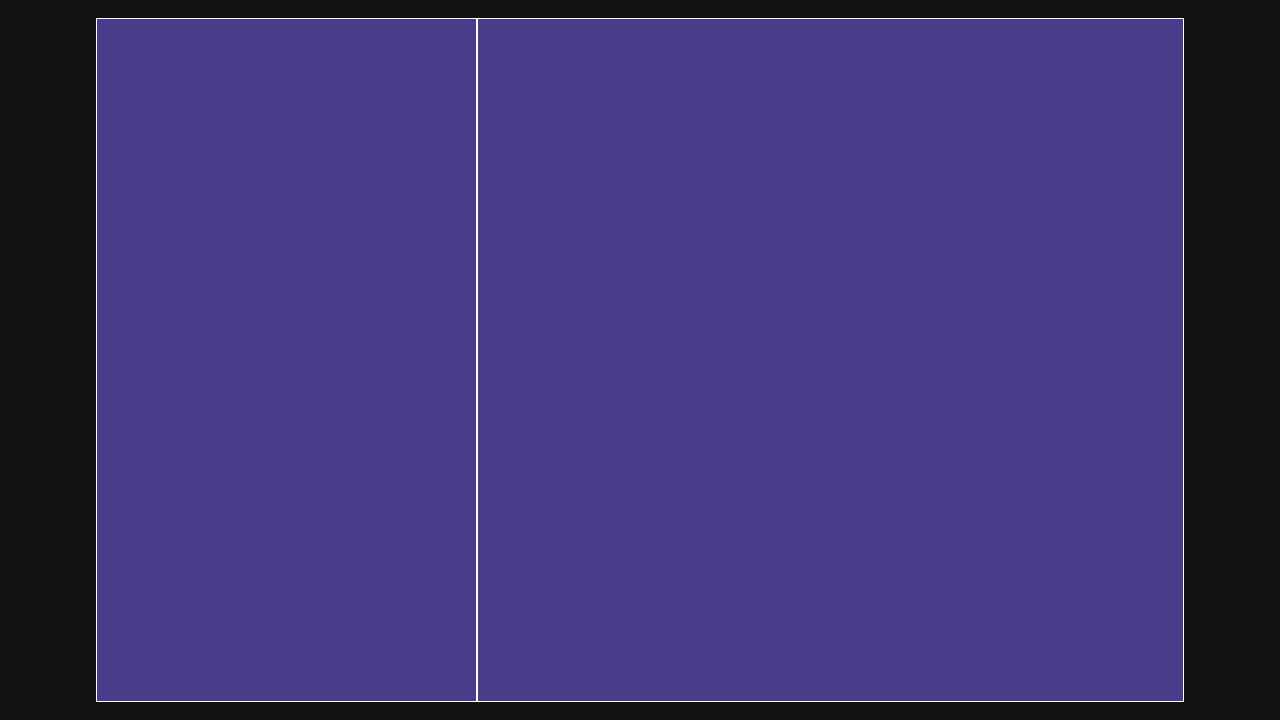
Repository: trang712/zing-mp3
Page: login.html
These files come from the project's save history. The page is drawn as it stood at one moment and after a run of saves; the edit follows.
The browser window is 1280 px wide. The pictures show the whole page.

Above is the page before, as saved 2022-11-13 15:08:42.

### login.html
<!DOCTYPE html>
<html lang="en">
<head>
    <meta charset="UTF-8">
    <meta http-equiv="X-UA-Compatible" content="IE=edge">
    <meta name="viewport" content="width=device-width, initial-scale=1.0">
    <title>Zing mp3 Login</title>
    <link rel="preconnect" href="https://fonts.gstatic.com" />
    <link
      href="https://fonts.googleapis.com/css2?family=Poppins:wght@400;600&display=swap"
      rel="stylesheet"
    />
    <link
      rel="stylesheet"
      href="https://cdnjs.cloudflare.com/ajax/libs/font-awesome/4.7.0/css/font-awesome.min.css"
      integrity="sha512-SfTiTlX6kk+qitfevl/7LibUOeJWlt9rbyDn92a1DqWOw9vWG2MFoays0sgObmWazO5BQPiFucnnEAjpAB+/Sw=="
      crossorigin="anonymous"
    />
    <link rel="stylesheet" href="./style.css"
        rel="stylesheet"
        type="text/css"
        href="https://cdn.jsdelivr.net/npm/slick-carousel@1.8.1/slick/slick.css"
      />
<body>
    <header>
        <div class="left_bx1"></div>
        <div class="right_bx1"></div>
    </header>
</body>
</html>

### style.css
html {
    box-sizing: border-box;
  }
  * {
    margin: 0;
    padding: 0;
  }
  *,
  *:before,
  *:after {
    box-sizing: border-box;
  }
  input,
  textarea,
  select,
  button {
    outline: none;
  }
  input {
    line-height: normal;
  }
  label,
  button {
    cursor: pointer;
  }
  a {
    text-decoration: none;
  }
  img {
    display: block;
    max-width: 100%;
  }
  *,
  *:before,
  *:after {
    box-sizing: border-box;
  }
  body {
    font-family: "Poppins", sans-serif;
    width: 100%;
    height: 100vh;
    /* font-size: 16px; */
    /* align-items: center; */
    /* justify-content: center; */
    background: #121213;
    display: grid;
    place-items: center;
  }
  :root{
    --background: #36e2ec;
    --background-sidebar: #483D8B;
    --background-color: #663399;
    --box-shadow: #333399;
    --color: #333366;
    --primary-text: #A9A9A9;
    --border-color: #fff;
    --hover-color: white
  }
  header{
    position: relative;
    width: 85%;
    height: 95%;
    /* border: 1px solid var(--border-color); */
    display: flex;
    flex-wrap: wrap;
    overflow: hidden;
  }
  header .menu_side, .song_side{
    width: 25%;
    height: 90%;
    /* border: 1px solid var(--border-color); */
    background: var(--color);
    box-shadow: 5px 0px 2px var(--box-shadow);
    color: var(--border-color);
  }
  header .song_side{
    width: 75%;
    background: var(--background-sidebar);
  }
  header .master_play{
    width: 100%;
    height: 10%;
    /* border: 1px solid var(--border-color); */
    background: var(--color);
    box-shadow: 0px 3px 5px var(--box-shadow);
  }
  header .menu_side h1{
    font-size: 20px;
    margin: 15px 0px 0px 20px;
    font-weight: 500;
  }
  header .menu_side .playlist{
    margin: 20px 0px 0px 20px;
    /* margin: 40px 0px 0px 20px;  */
  }
  header .menu_side .playlist h4 {
    font-size: 14px;
    font-weight: 400;
    padding-bottom: 10px;
    color: var(--primary-text);
    cursor: pointer;
    display: flex;
    align-items: center;
    transition: .3s linear;
  }
  header .menu_side .playlist h4:hover {
    color: var(--hover-color);
  }
  header .menu_side .playlist h4 span {
    position: relative;
    margin-right: 35px;
  }
  header .menu_side .playlist h4 span::before {
    content: '';
    position: absolute;
    width: 7px;
    height: 7px;
    border: 2px solid var(--primary-text);
    border-radius: 50%;
    top: -4px;
    transition: .3s linear;
  }
  header .menu_side .playlist h4:hover span::before {
    border: 2px solid var(--hover-color);
  }
  header .menu_side .playlist h4 .bi{
    display: none;
  }
  header .menu_side .playlist .active{
    color: var(--background);
  }
  header .menu_side .playlist .active span{
    display: none;
  }
  header .menu_side .playlist .active .bi{
    display: flex;
    margin-right: 20px;
  }
  header .menu_side .menu_song{
    width: 100%;
    height: 420px;
    /* border: 1px solid var(--border-color); */
    margin-top: 40px;
    overflow: auto;
  }
  header .menu_side .menu_song::-webkit-scrollbar{
    display: none;
  }
  header .menu_side .menu_song li{
    list-style-type: none;
    position: relative;
    padding: 5px 0px 5px 20px;
    display: flex;
    align-items: center;
    margin-bottom: 10px;
    cursor: pointer;
    transition: .3s linear;
  }
  header .menu_side .menu_song li:hover{
    background: rgba(105, 105, 105, .1);
  }
  header .menu_side .menu_song li span{
    font-size: 12px;
    font-weight: 600;
    color: var(--primary-text);
  }
  header .menu_side .menu_song li img{
    width: 32px;
    height: 32px;
    object-fit: cover;
    margin-left: 25px;
  }
  header .menu_side .menu_song li h5{
    font-size: 11px;
    margin-left: 15px;
    width: 170px;
    /* border: 1px solid var(--border-color); */
    overflow: hidden;
    text-overflow: ellipsis;
    white-space: nowrap;
  }
  header .menu_side .menu_song li h5 .subtitle{
    font-size: 9px;
    color: var(--primary-text);
  }
  header .menu_side .menu_song li .bi{
    position: absolute;
    right: 15px;

  }

  header .master_play{
    display: flex;
    align-items: center;
    padding: 0px 20px;
  }
  header .master_play .wave{
    width: 30px;
    height: 30px;
    /* border: 1px solid var(--border-color); */
    padding-bottom: 5px;
    display: flex;
    align-items: flex-end;
    margin-right: 10px;
  }
  header .master_play .wave .wave1{
    width: 3px;
    height: 10px;
    background: var(--background);
    margin-right: 3px;
    border-radius: 10px 10px 0px 0px;
    animation: unset;
  }
  header .master_play .wave .wave1:nth-child(2){
   height: 13px;
   margin-right: 3.5px;
   animation-delay: .4s;
  }
  header .master_play .wave .wave1:nth-child(3){
   height: 8px;
   animation-delay: .8s;
  }
  /* javascript classes */

  header .master_play .active1 .wave1{
    animation: wave .5s linear infinite;
   }
   header .master_play .active1 .wave1:nth-child(2){
    animation-delay: .4s;
   }
   header .master_play .active1 .wave1:nth-child(3){
    animation-delay: .8s;
   }


  @keyframes wave{
    0%{
      height: 10px;
    }
    50%{
      height: 15px;
    }
    100%{
      height: 10px;
    }
  }

  header .master_play img{
    width: 35px;
    height: 35px;
    object-fit: cover;
  }
  header .master_play h5{
    width: 130px;
    /* border: 1px solid var(--border-color); */
    margin-left: 15px;
    color: var(--hover-color);
    line-height: 17px;
    overflow: hidden;
    text-overflow: ellipsis;
    white-space: nowrap;
    font-size: 13px;
  }
  header .master_play h5 .subtitle{
    font-size: 11px;
    color: var(--primary-text);
    width: 100%;
    overflow: hidden;
    text-overflow: ellipsis;
    white-space: nowrap;
  }
  header .master_play .icon{
    font-size: 20px;
    color: var(--hover-color);
    margin: 0px 20px 0px 40px;
    outline: none;
    display: flex;
    align-items: center;
  }
  header .master_play .icon .bi{
    cursor: pointer;
    outline: none;
  }
  header .master_play .icon .shuffle{
    font-size: 17px;
    margin-right: 10px;
    width: 18px;
    overflow: hidden;
    display: flex;
    align-items: center;
  }
  header .master_play .icon #download_music {
    text-decoration: none;
    color: var(--hover-color);
    font-size: 20px;
    margin-left: 10px;
  }
  header .master_play .icon .bi:nth-child(3) {
    border: 1px solid rgb(105, 105, 105, .1);
    border-radius: 50%;
    padding: 1px 5px 0px 7px;
    margin: 0px 5px;
  }
  header .master_play span {
    color: var(--hover-color);
    width: 32px;
    /* border: 1px solid var(--hover-color); */
    font-size: 11px;
    font-weight: 400;
  }
  header .master_play #currentStart {
    margin: 0px 0px 0px 20px;
  }
  header .master_play .bar {
    position: relative;
    width: 43%;
    height: 2px;
    background: rgb(105, 105, 170, .1);
    margin: 0px 15px 0px 10px;
  }
  header .master_play .bar .bar2 {
    position: absolute;
    background: var(--background);
    width: 0%;
    height: 100%;
    top: 0;
    transition: 1s linear;
  }
  header .master_play .bar .dot {
    position: absolute;
    width: 5px;
    height: 5px;
    background: var(--background);
    border-radius: 50%;
    left: 0%;
    top: -1.5px;
    transition: 1s linear;
  }
  header .master_play .bar .dot::before {
    content: '';
    position: absolute;
    width: 15px;
    height: 15px;
    border: 1px solid var(--background);
    border-radius: 50%;
    left: -7px;
    top: -6.5px;
    box-shadow: inset 0px 0px 3px var(--background);
  }
  header .master_play .bar input {
    position: absolute;
    width: 100%;
    top: -7px;
    left: 0;
    cursor: pointer;
    z-index: 999;
    /* transition: 3s linear; */
    opacity: 0;
  }
  header .master_play .vol {
    position: relative;
    width: 100px;
    height: 2px;
    background: rgb(105, 105, 170, .1);
    margin-left: 50px;
  }
  header .master_play .vol .bi{
    position: absolute;
    color: var(--hover-color);
    font-size: 25px;
    top: -12px;
    left: -30px;
  }
  header .master_play .vol input{
    position: absolute;
    width: 100%;
    top: -6px;
    left: 0;
    cursor: pointer;
    z-index: 999999;
    opacity: 0;
  }
  header .master_play .vol .vol_bar{
    position: absolute;
    background: var(--background);
    width: 100%;
    height: 100%;
    top: 0;
    transition: 1s linear;
  }
  header .master_play .vol .dot {
    position: absolute;
    width: 5px;
    height: 5px;
    background: var(--background);
    border-radius: 50%;
    left: 100%;
    top: -1.5px;
    transition: 1s linear;
  }
  header .master_play .vol .dot::before{
    content: '';
    position: absolute;
    width: 15px;
    height: 15px;
    border: 1px solid var(--background);
    border-radius: 50%;
    left: -7px;
    top: -6.5px;
    box-shadow: inset 0px 0px 3px var(--background);
  }
  header .song_side{
    z-index: 2;
  }

  header .song_side::before{
    content: '';
    position: absolute;
    top: 0;
    right: 0;
    transform: translateX(50%);
    width: 90%;
    height: 400px;
    background: url('./img/chang1.jpg') no-repeat;
    object-fit: cover;
    z-index: -1;
  }
  /* header .song_side::before{
    content: '';
    position: absolute;
    width: 50%;
    height: 250px;
    background: url('./img/Chang1.jpg') no-repeat;
    object-fit: cover;
    z-index: -1;
    margin-left: 170px;
  } */
  header .song_side nav{
    width: 90%;
    height: 10%;
    /* border: 1px solid var(--hover-color); */
    margin: auto;
    display: flex;
    align-items: center;
    justify-content: space-between;
  }
  header .song_side nav ul{
    display: flex;
  }
  header .song_side nav ul li{
    list-style: none;
    position: relative;
    font-size: 13px;
    color: var(--primary-text);
    margin-right: 25px;
    cursor: pointer;
    transition: .3s linear;
  }
  header .song_side nav ul li:hover{
    color: var(--hover-color);
  }
  header .song_side nav ul li:nth-child(1){
    color: var(--hover-color);
  }
  header .song_side nav ul li span{
    position: absolute;
    width: 100%;
    height: 2.5px;
    background: var(--background);
    bottom: -5px;
    left: 0;
    border-radius: 20px;
  }
  header .song_side nav .search{
    position: relative;
    width: 40%;
    padding: 1px 10px;
    border-radius: 20px;
    /* border: 1px solid var(--hover-color); */
    color: var(--primary-text);
  }
  header .song_side nav .search::before{
    content: '';
    position: absolute;
    width: 100%;
    height: 100%;
    background: rgb(184, 184, 184, .1);
    border-radius: 20px;
    backdrop-filter: blur(5px);
    z-index: -1;
  }
  header .song_side nav .search .search_results{
    position: absolute;
    width: 100%;
    height: 200px;
    /* border: 1px solid var(--hover-color); */
    margin-top: 10px;
    border-radius: 10px;
    overflow: auto;
  }
  header .song_side nav .search .search_results::-webkit-scrollbar{
    display: none;
  }
  header .song_side nav .search .search_results .card{
    min-width: 100%;
    min-height: 45px;
    /* border: 1px solid var(--hover-color); */
    display: flex;
    align-items: center;
    background: rgb(184, 184, 184, .1);
    margin-bottom: 5px;
    text-decoration: none;
    display: none;
  }
  header .song_side nav .search .search_results .card img{
    width: 35px;
    height: 35px;
    object-fit: cover;
    border-radius: 5px;
  }
  header .song_side nav .search .search_results .card .content{
    width: 80%;
    height: 100%;
    /* border: 1px solid var(--hover-color); */
    padding: 0;
    font-size: 13px;
    font-weight: 600;
    color: var(--hover-color);
  }
  header .song_side nav .search .search_results .card .content .subtitle{
    font-size: 11px;
    color: var(--primary-text);
    font-weight: 500;
  }
  header .song_side nav .search .bi{
    font-size: 13px;
    padding: 3px 0px 0px 10px;
  }
  header .song_side nav .search input{
    background: none;
    border: none;
    outline: none;
    padding: 0px 10px;
    color: var(--hover-color);
    font-size: 12px;
  }
  header .song_side nav .user{
    position: relative;
    width: 30px;
    height: 30px;
    /* border: 1px solid var(--hover-color); */
    border-radius: 50%;
  }
  header .song_side nav .user img{
    width: 100%;
    height: 100%;
    border-radius: 50%;
    object-fit: cover;
    box-shadow: 2px 2px 8px var(--color);
  }
  header .song_side .content{
    width: 90%;
    height: 30%;
    /* border: 1px solid var(--hover-color); */
    margin: auto;
    padding-top: 20px;
  }
  header .song_side .content h1{
    font-size: 25px;
    font-weight: 600;
  }
  header .song_side .content p{
    font-size: 15px;
    font-weight: 400;
    color: var(--primary-text);
    margin: 5px;
  }
  header .song_side .content .buttons{
    margin-top: 15px;
  }
  header .song_side .content .buttons button{
    width: 130px;
    height: 30px;
    border: 2px solid var(--background);
    outline: none;
    border-radius: 20px;
    background: var(--background);
    color: var(--hover-color);
    cursor: pointer;
    transition: .3s linear;
  }
  header .song_side .content .buttons button:hover{
    background: none;
    color: var(--background);
  }
  /* header .song_side .content .buttons button:nth-child(2){
    background: none;
    color: var(--background);
  } */
  /* header .song_side .content .buttons button:nth-child(2):hover{
    background: var(--background);
    color: var(--hover-color);
  } */
  header .song_side .popular_song{
    width: 90%;
    height: auto;
    margin: auto;
    margin-top: 25px;
    /* border: 1px solid var(--hover-color); */
  }
  header .song_side .popular_song .h4{
    display: flex;
    align-items: center;
    justify-content: space-between;
  }
  header .song_side .popular_song .h4 .bi{
    color: var(--primary-text);
    cursor: pointer;
    transition: .3s linear;
  }
  header .song_side .popular_song .h4 .bi:hover{
    color: var(--hover-color);
  }
  header .song_side .popular_song .pop_song{
    width: 100%;
    height: 150px;
    margin-top: 15px;
    display: flex;
    /* border: 1px solid var(--hover-color); */
    overflow: auto;
    scroll-behavior: smooth;
  }
  header .song_side .popular_song .pop_song::-webkit-scrollbar{
    display: none;
  }
  header .song_side .popular_song .pop_song li{
    min-width: 100px;
    height: 140px;
    list-style-type: none;
    margin-right: 10px;
    transition: .3s linear;
  }
  header .song_side .popular_song .pop_song li:hover{
    background: rgb(105, 105, 170, .1);
  }
  header .song_side .popular_song .pop_song li .img_play{
    position: relative;
    width: 100px;
    height: 100px;
    display: flex;
    align-items: center;
    justify-content: center;
  }
  header .song_side .popular_song .pop_song li .img_play img{
    width: 100%;
    height: 100%;
    object-fit: cover;
  }
  header .song_side .popular_song .pop_song li .img_play .bi{
    position: absolute;
    font-size: 20px;
    cursor: pointer;
    transition: .3s linear;
    opacity: 0;
  }
  header .song_side .popular_song .pop_song li:hover .img_play .bi{
    opacity: 1;
  }
  header .song_side .popular_song .pop_song li h5{
    padding: 5px 0px 0px 5px;
    line-height: 15px;
    font-size: 10px;
    width: 100%;
    overflow: hidden;
    white-space: nowrap;
    text-overflow: ellipsis;
  }
  header .song_side .popular_song .pop_song li h5 .subtitle{
    font-size: 9px;
    overflow: hidden;
    white-space: nowrap;
    text-overflow: ellipsis;
    color: var(--primary-text);
  }
  header .song_side .popular_artists{
    width: 90%;
    height: auto;
    /* border: 1px solid var(--hover-color); */
    margin: auto;
    margin-top: 25px;
    /* margin-top: 15px; */
  }

  header .song_side .popular_artists .h4{
    display: flex;
    align-items: center;
    justify-content: space-between;
  }
  header .song_side .popular_artists .h4 .bi{
    color: var(--primary-text);
    cursor: pointer;
    transition: .3s linear;
  }
  header .song_side .popular_artists .h4 .bi:hover{
    color: var(--hover-color);
  }
  header .song_side .popular_artists .item{
    width: 100%;
    height: auto;
    margin-top: 15px;
    display: flex;
    /* border: 1px solid var(--hover-color); */
    overflow: auto;
    scroll-behavior: smooth;
  }
  header .song_side .popular_artists .item::-webkit-scrollbar{
    display: none;
  }
  header .song_side .popular_artists .item li{
    list-style-type: none;
    position: relative;
    min-width: 60px;
    height: 60px;
    border-radius: 50%;
    margin-right: 20px;
    cursor: pointer;
  }
  header .song_side .popular_artists .item li img{
    width: 100%;
    height: 100%;
    border-radius: 50%;
    object-fit: cover;
  }

/* login style */

header .left_bx1 , .right_bx1{
  position: relative;
  width: 65%;
  height: 100%;
  border: 1px solid var(--hover-color);
  background: var(--background-sidebar);
}
header .left_bx1{
  width: 35%;
  background: ;
}

After the next 3 saves:
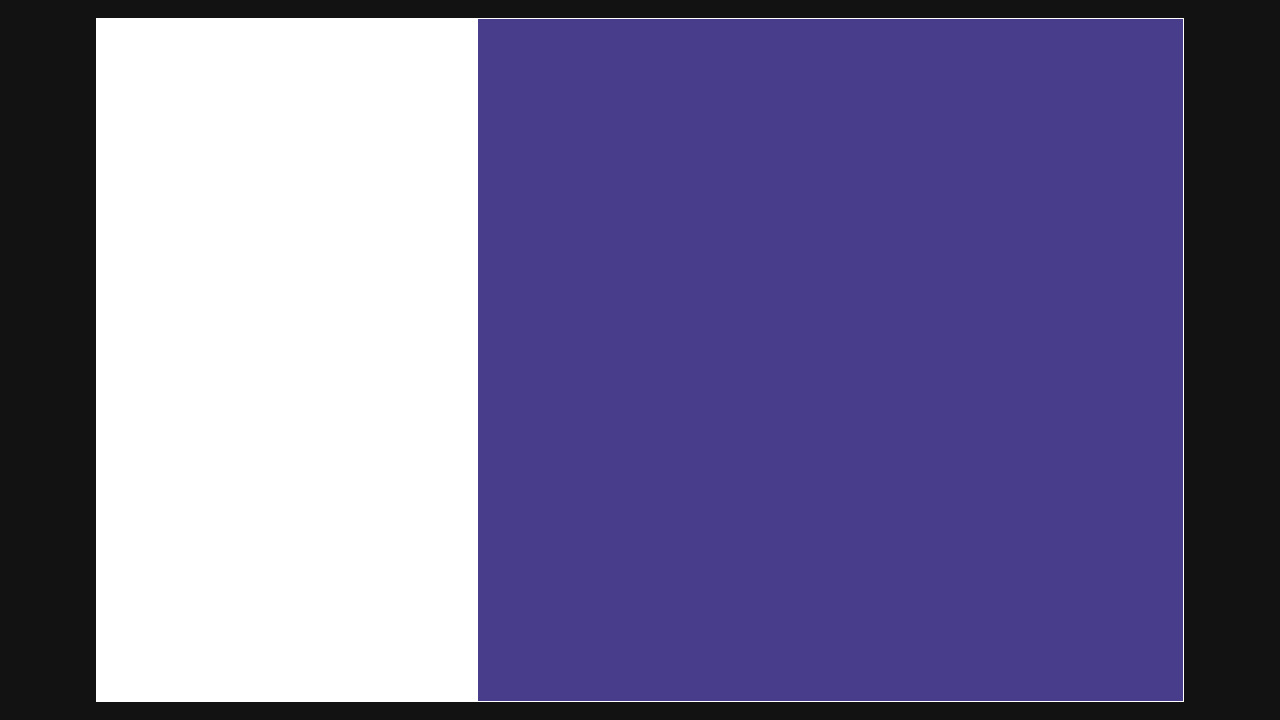
The 3 saves are shown as one change because they came seconds apart.
The last was saved 16 s later.
--- a/style.css
+++ b/style.css
@@ -743,5 +743,5 @@ header .left_bx1 , .right_bx1{
 }
 header .left_bx1{
   width: 35%;
-  background: ;
+  background: var(--hover-color);
 }
